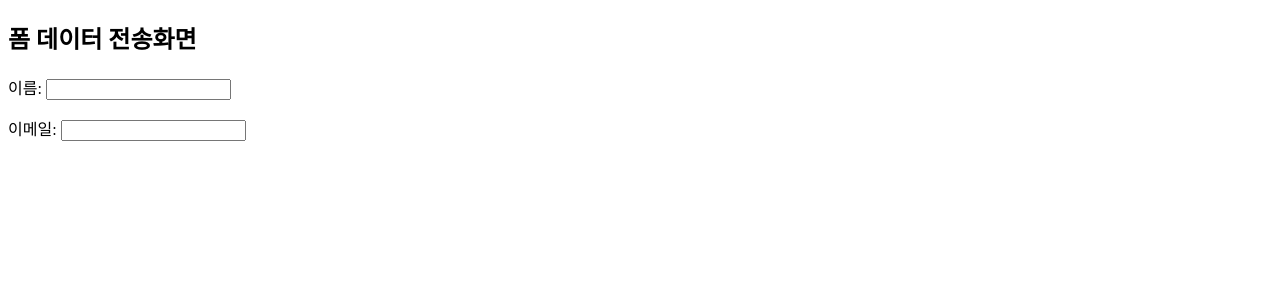
Repository: heyJSH/Study_java_web_sol
Page: http://localhost/jspweb_07/form_client.jsp
These files come from the project's save history. The page is drawn as it stood at one moment and after the next save; the edit follows.
The browser window is 1280 px wide. The pictures show the whole page.
The page is served by Tomcat 9. Other server files are loaded and not shown.

Above is the page before, as saved 2024-01-11 01:20:16.

### teacher_lecture/cotogether/workspace_stsb_4_21/jspweb_07/src/main/webapp/form_client.jsp
<%@ page language="java" contentType="text/html; charset=UTF-8"
    pageEncoding="UTF-8"%>
<!DOCTYPE html>
<html>
<head>
<meta charset="UTF-8">
<title>Insert title here</title>
</head>
<body>
	<h2>폼 데이터 전송화면</h2>

	<form action="" method="GET">

		<p>
			<label>이름: </label>
			<input type="text" name="name">
		</p>

		<p>
			<label>이메일: </label>
			<input type="text" name="email">
		</p>

	</form>
</body>
</html>

After the next save:
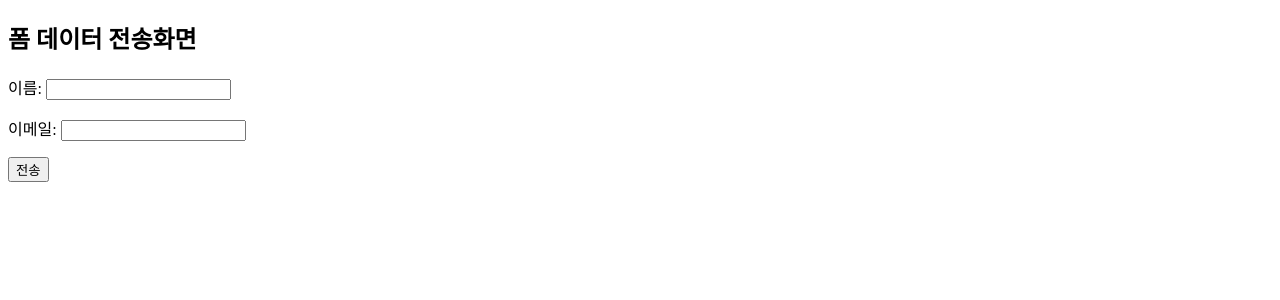
Saved 25 s later.
--- a/teacher_lecture/cotogether/workspace_stsb_4_21/jspweb_07/src/main/webapp/form_client.jsp
+++ b/teacher_lecture/cotogether/workspace_stsb_4_21/jspweb_07/src/main/webapp/form_client.jsp
@@ -21,6 +21,10 @@
 			<input type="text" name="email">
 		</p>
 
+		<p>
+			<input type="submit" value="전송">
+		</p>
+
 	</form>
 </body>
 </html>
